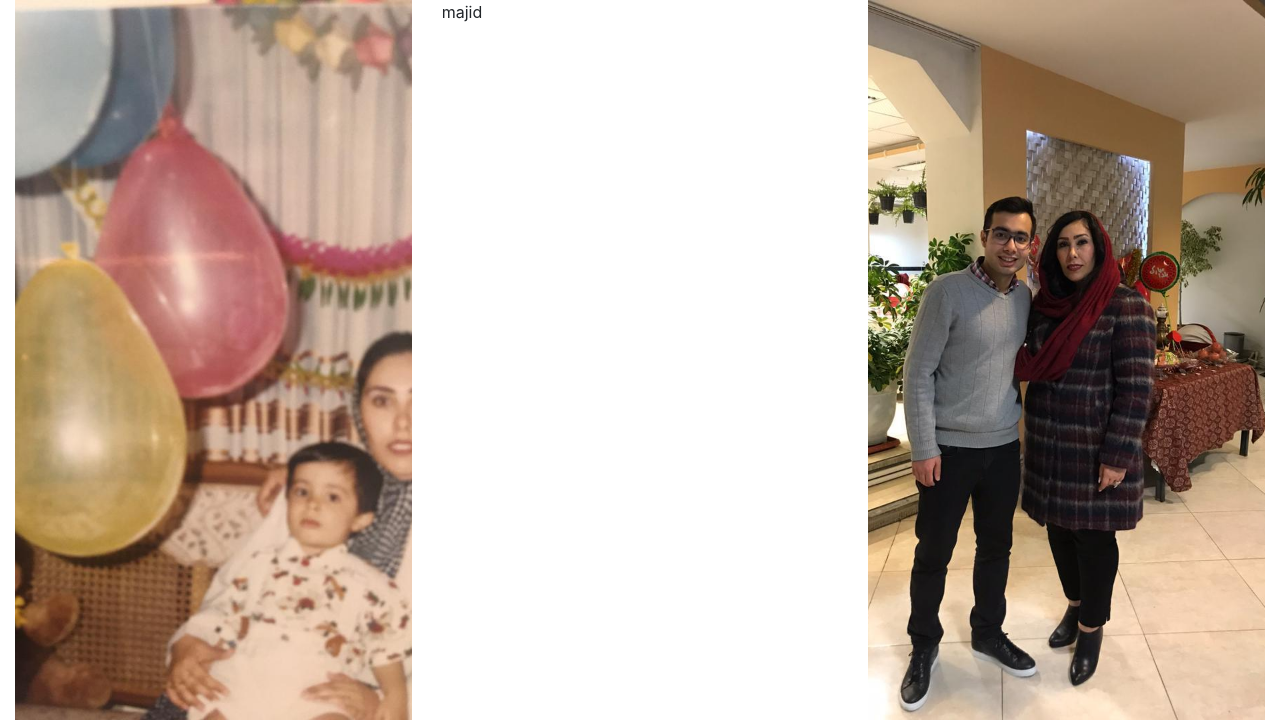
Repository: mirfarzam/mirfarzam.github.io
Page: khalelila/index.html
These files come from the project's save history. The page is drawn as it stood at one moment and after the next save; the edit follows.
The browser window is 1280 px wide. The pictures show the whole page.

Above is the page before, as saved 2020-04-30 21:13:22.

After the next save:
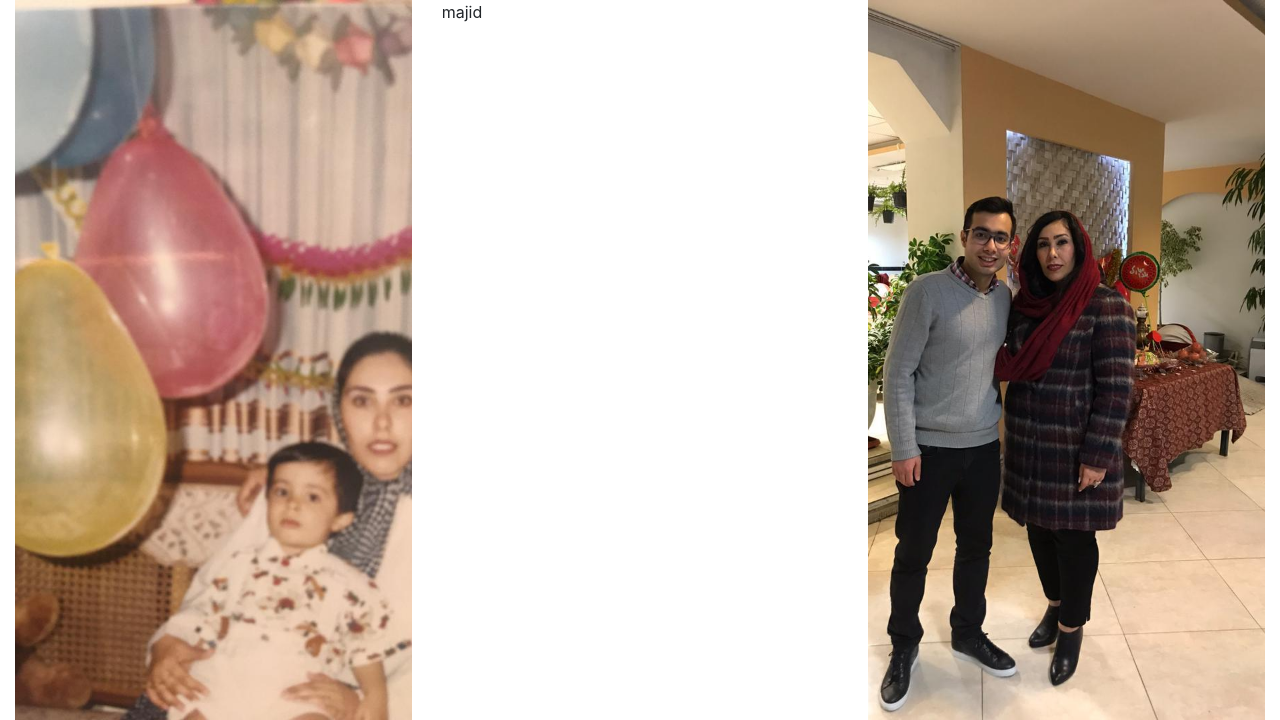
Saved 6 s later.
--- a/khalelila/index.html
+++ b/khalelila/index.html
@@ -28,7 +28,7 @@
     top:0;
     left:0;
     object-fit:cover;
-    object-position: -100px;
+    object-position: -120px;
 }
 
 </style>
